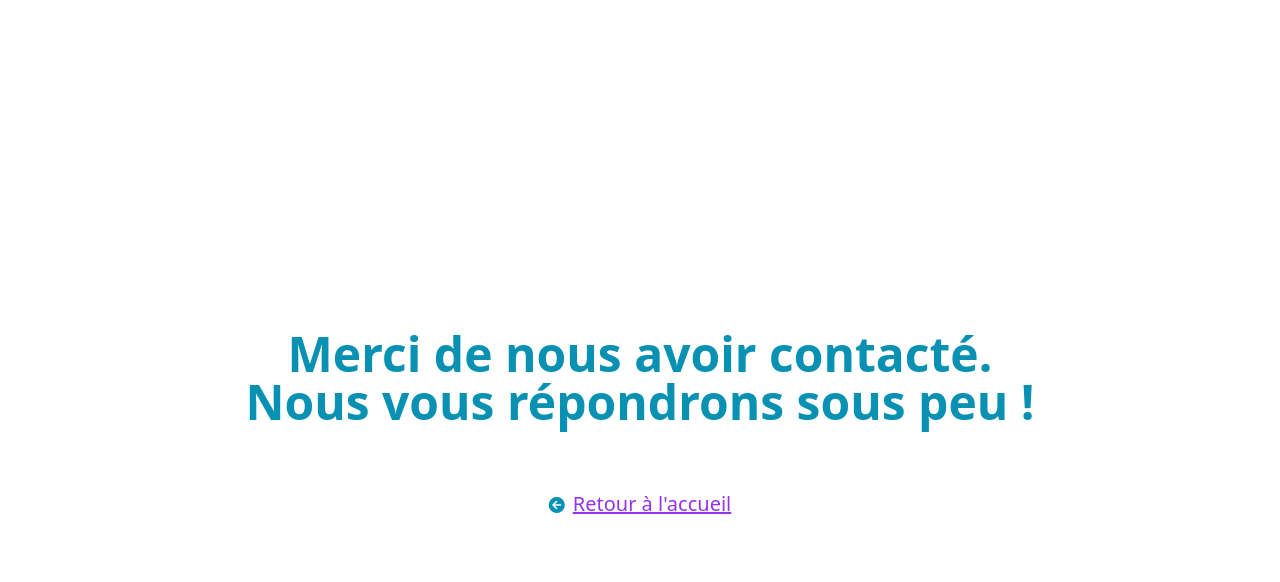
Repository: CarmenFerlatte/TP3__FerlatteCarmen
Page: confirmation.html
The author's editor kept a copy of each file at every save. The page is drawn from the files as they stood at one save, then again after a run of saves.
The browser window is 1280 px wide. The pictures show the whole page.
Some web libraries are served in a nearby version. The style sheet was rebuilt from its Sass, Less or Tailwind sources for each picture, by a compiler version that may differ from the author's.

Above is the page before, as saved 2024-08-29 13:09:33.

After the next 2 saves:
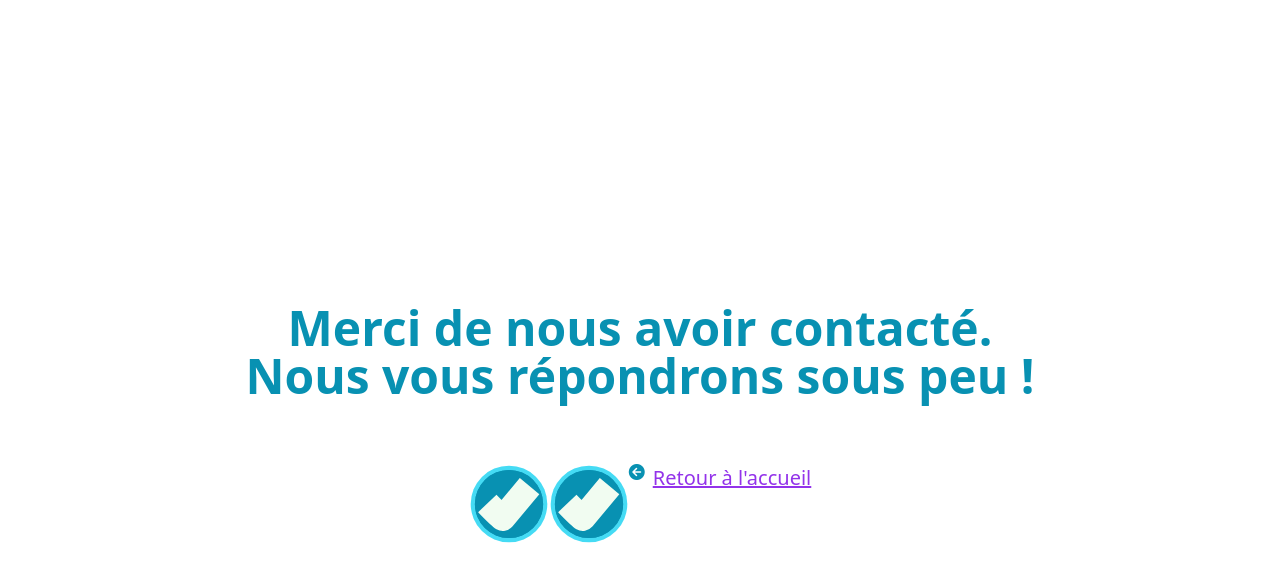
The 2 saves are shown as one change because they came seconds apart.
The last was saved 9 s later.
--- a/confirmation.html
+++ b/confirmation.html
@@ -24,7 +24,8 @@
             <div class="container">
                 <div class="col-12 text-center">
                     <h1 class="text-center text-3xl lg:text-4xl xl:text-5xl font-bold pt-32 pb-4 md:pb-16 text-cyan-600">Merci de nous avoir contacté.<br> Nous vous répondrons sous peu !</h1>
-                    <div class=""
+                    <div class="flex justify-center">
+                        <img class="w-20 fill-cyan-600 items-center" src="img/icons/confirmation.svg" alt="Illustration de confirmation" class="w-1/2 mx-auto">
                     <img class="w-20 fill-cyan-600 items-center" src="img/icons/confirmation.svg" alt="Illustration de confirmation" class="w-1/2 mx-auto">
                     <i class="fa fa-arrow-circle-left pr-2 style-cyan" aria-hidden="true"></i><a class="cursor-pointer text-xl text-purple-600 underline hover:no-underline hover:text-pink-500" href="index.html" title="Retour à la page d'accueil">Retour à l'accueil</a>
                 </div>
